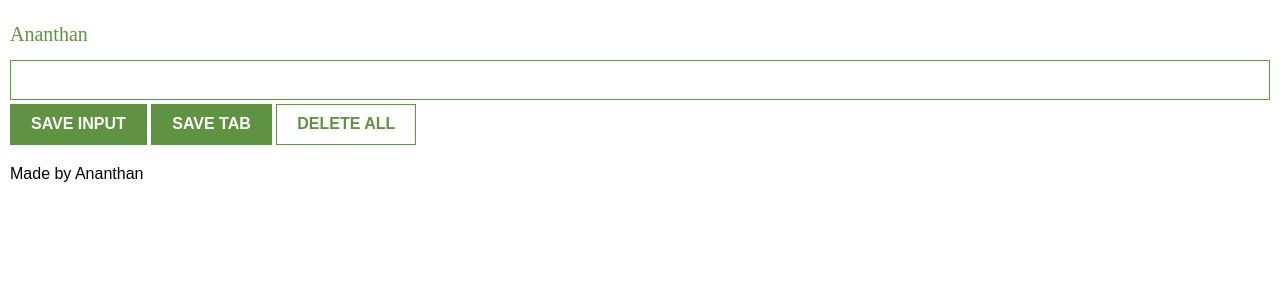
Repository: ananthantharma/Chrome-Extension
Page: index.html
The author's editor kept a copy of each file at every save. The page is drawn from the files as they stood at one save, then again after the next save.
The browser window is 1280 px wide. The pictures show the whole page.

Above is the page before, as saved 2022-07-20 23:16:36.

After the next save:
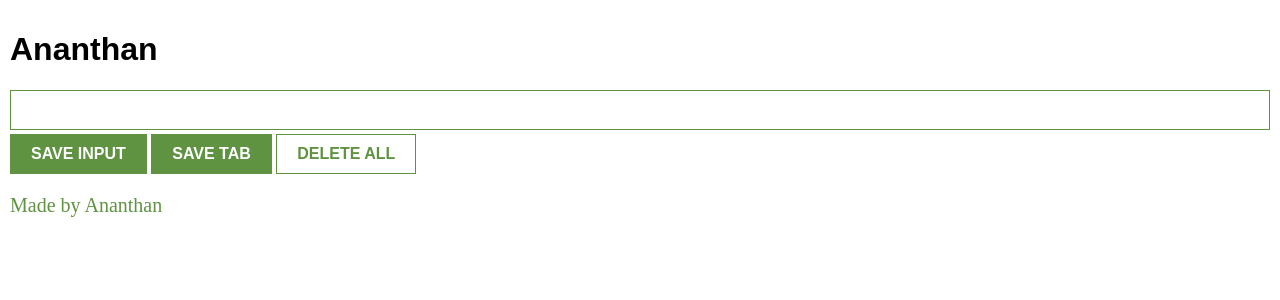
Saved 9 s later.
--- a/index.css
+++ b/index.css
@@ -4,7 +4,7 @@ body {
     font-family: Arial, Helvetica, sans-serif;
     min-width: 400px;
 }
-h1{
+footer{
     font-family: 'Brush Script MT', cursive;
     font-size:20px;
     font-style:none;
